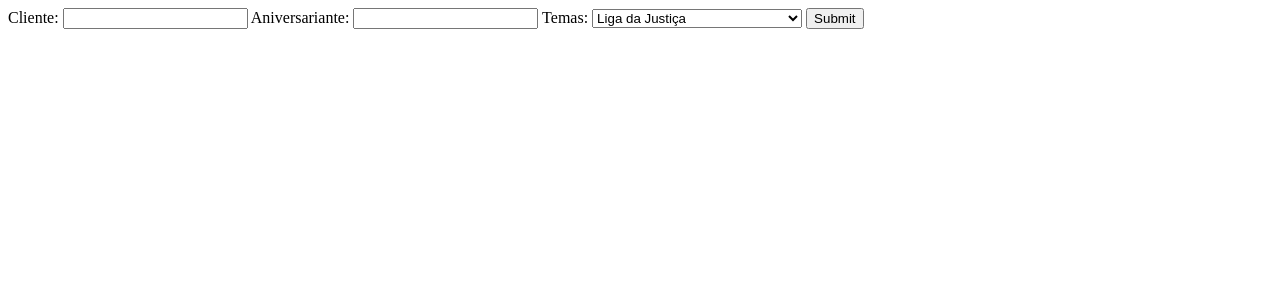
Repository: brunoduarteads/servlets
Page: gerenciador/WebContent/formularioCadastro.html
These files come from the project's save history. The page is drawn as it stood at one moment and after the next save; the edit follows.
The browser window is 1280 px wide. The pictures show the whole page.

Above is the page before, as saved 2020-04-13 18:17:16.

### gerenciador/WebContent/formularioCadastro.html
<!DOCTYPE html>
<html>
<head>
<meta charset="UTF-8">
<title>Cadastro de Festa</title>
</head>
<body>

<form action="/gerenciador/cadastroFesta" method="post" >

    Cliente: <input type="text" name="nome" />

    Aniversariante: <input type="text" aniversariante="aniversariante" />

    Temas: <select> <optgroup label="Masculinos">
     <option>Liga da Justiça</option>
     <option>Ben 10</option>
     <option>Vindadores</option>
     <option>KND</option>
     <option>Jaspion</option>
     <option>Changerman</option>
     <option>Power Rangers</option>
     <option>National Kid</option>
     <option>Corrida Maluca</option>

     </optgroup>
     <optgroup label="Femininos">
     <option>A bela e a fera</option>
     <option>Barbie</option>
     <option>Juniper Lee</option>
     <option>As meninas super poderosas</option>
     <option>Mulan</option>
     <option>Peppa Pig</option>
     <option>Clube das Winx</option>

     </optgroup>


    </select>



    <input type="submit"   />

</form>

</body>
</html>

After the next save:
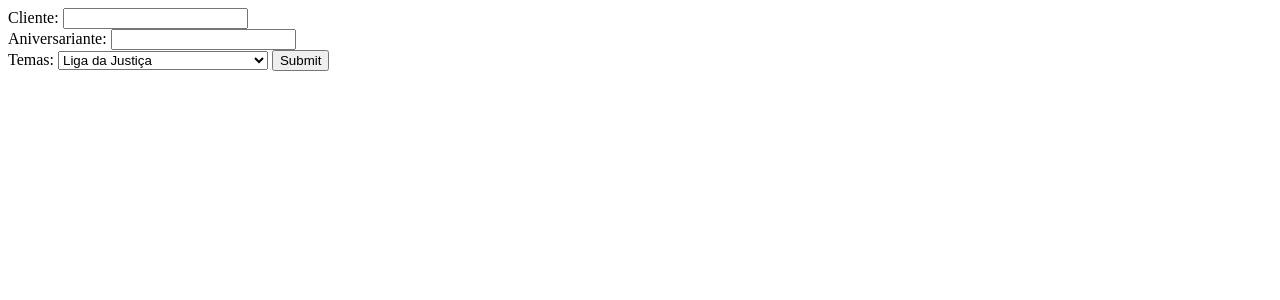
Saved 102 s later.
--- a/gerenciador/WebContent/formularioCadastro.html
+++ b/gerenciador/WebContent/formularioCadastro.html
@@ -8,11 +8,11 @@
 
 <form action="/gerenciador/cadastroFesta" method="post" >
 
-    Cliente: <input type="text" name="nome" />
+    Cliente: <input type="text" name="nome" /> <br>
 
-    Aniversariante: <input type="text" aniversariante="aniversariante" />
+    Aniversariante: <input type="text" aniversariante="aniversariante" /> <br>
 
-    Temas: <select> <optgroup label="Masculinos">
+    Temas: <select> <optgroup label="Masculinos"> <br>
      <option>Liga da Justiça</option>
      <option>Ben 10</option>
      <option>Vindadores</option>

After the save that followed:
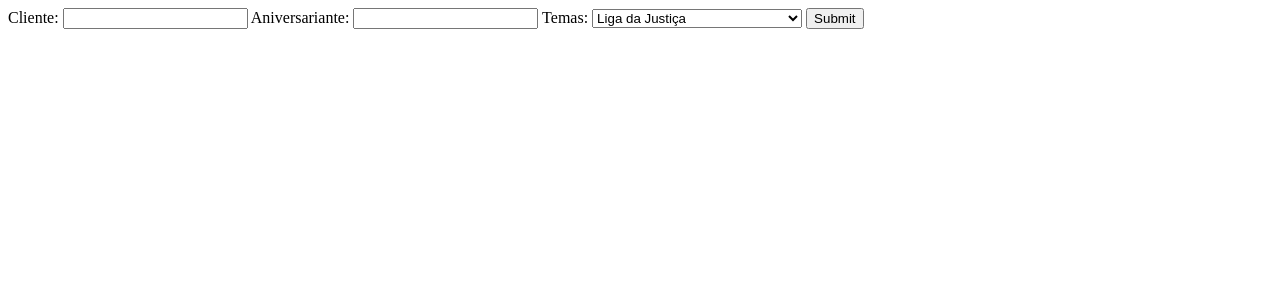
Saved 47 s later.
--- a/gerenciador/WebContent/formularioCadastro.html
+++ b/gerenciador/WebContent/formularioCadastro.html
@@ -8,11 +8,11 @@
 
 <form action="/gerenciador/cadastroFesta" method="post" >
 
-    Cliente: <input type="text" name="nome" /> <br>
+    Cliente: <input type="text" name="nome" />
 
-    Aniversariante: <input type="text" aniversariante="aniversariante" /> <br>
+    Aniversariante: <input type="text" aniversariante="aniversariante" />
 
-    Temas: <select> <optgroup label="Masculinos"> <br>
+    Temas: <select> <optgroup label="Masculinos">
      <option>Liga da Justiça</option>
      <option>Ben 10</option>
      <option>Vindadores</option>
